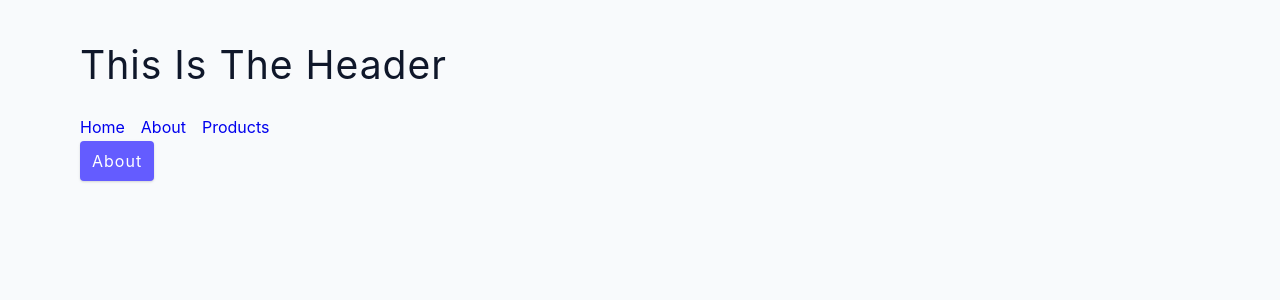
Repository: kennedyowusu/react-router-tutorial
Page: /
The author's editor kept a copy of each file at every save. The page is drawn from the files as they stood at one save, then again after the next save.
The browser window is 1280 px wide. The pictures show the whole page.
The project was rebuilt for these pictures with package versions that can differ from the ones it lists, and the page was loaded fresh each time. Also part of the build but not shown: src/pages/About.js, src/pages/Products.js, src/pages/Error.js.

Above is the page before, as saved 2022-12-27 15:46:45.

After the next save:
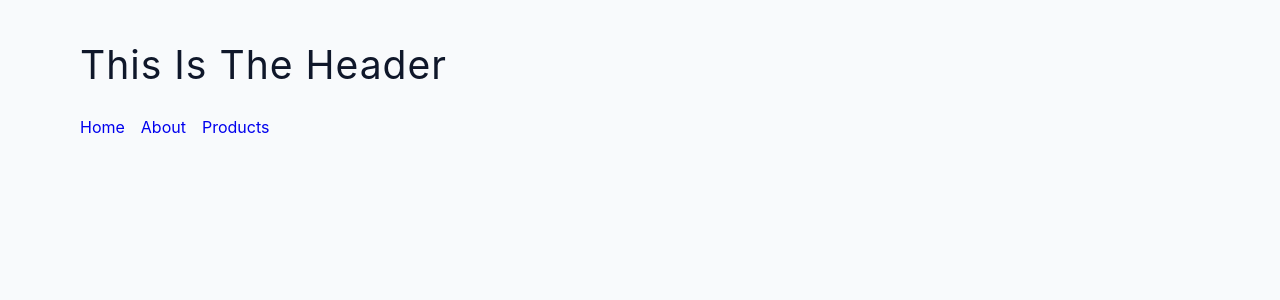
Saved 13 s later.
--- a/src/pages/Home.js
+++ b/src/pages/Home.js
@@ -8,7 +8,6 @@ const Home = () => {
       <Header />
       <Navbar />
       <Outlet />
-      <Link to='/about' className='btn'> About </Link>
     </section>
   );
 };
